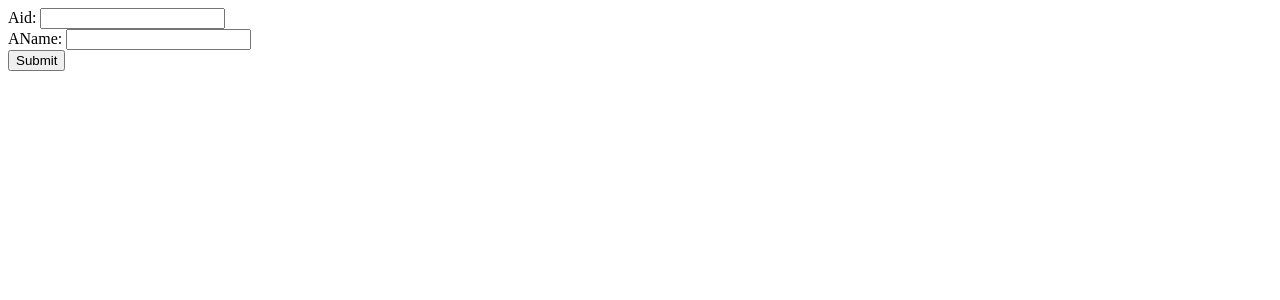
Repository: kjavvaji/SpringBoot
Page: http://localhost/SpringBootJPA2/home.jsp
These files come from the project's save history. The page is drawn as it stood at one moment and after the next save; the edit follows.
The browser window is 1280 px wide. The pictures show the whole page.
The page is served by Tomcat 9.

Above is the page before, as saved 2019-08-22 20:42:23.

After the next save:
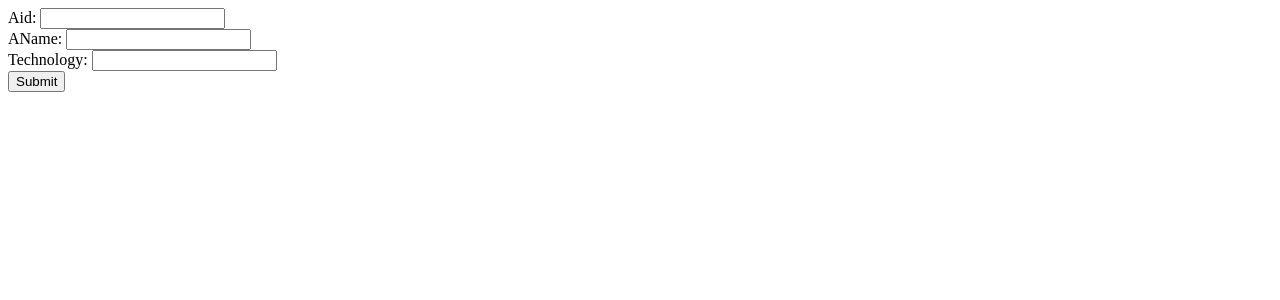
Saved 92 s later.
--- a/SpringBootJPA2/src/main/webapp/home.jsp
+++ b/SpringBootJPA2/src/main/webapp/home.jsp
@@ -8,8 +8,9 @@
 </head>
 <body>
 		<form action="addAlien">
-				       Aid:  <input type ="text" name ="aid"><br>
-					 AName:	 <input type="text" name ="aName"><br>
+				      Aid:  <input type ="text" name ="aid"><br>
+					  AName:	 <input type="text" name ="aName"><br>
+					  Technology:	 <input type="text" name ="tech"><br>
 				<input type="submit">
 		</form>
 </body>
